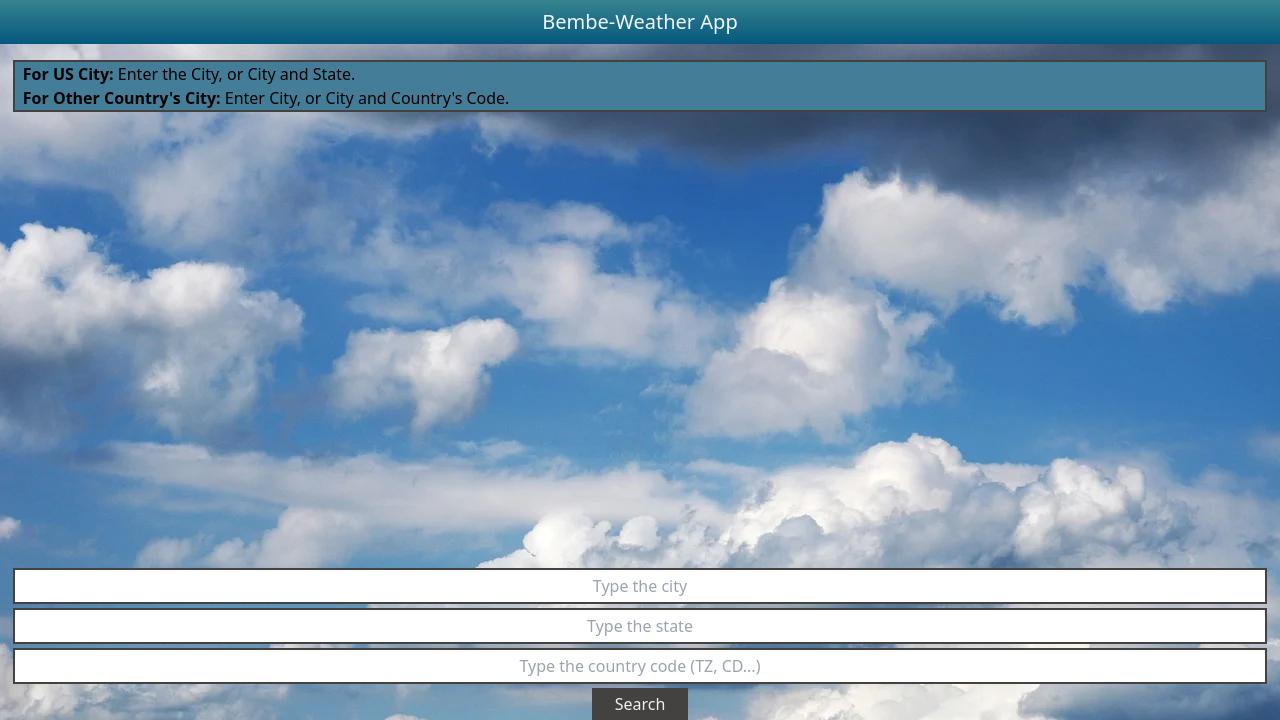
Repository: ShindanoSingi/bembe-weather
Page: /
These files come from the project's save history. The page is drawn as it stood at one moment and after a run of saves; the edit follows.
The browser window is 1280 px wide. The pictures show the whole page.
The page's requests for data from a server got no answer. The project was rebuilt for these pictures with package versions that can differ from the ones it lists, and the page was loaded fresh each time. No one was signed in, and anything a server would have sent is missing.

Above is the page before, as saved 2022-09-16 00:51:19.

### public/index.html
<!DOCTYPE html>
<html lang="en">

<head>
  <meta charset="utf-8" />
  <link rel="icon" href="%PUBLIC_URL%/favicon.ico" />
  <meta name="viewport" content="width=device-width, initial-scale=1" />
  <meta name="theme-color" content="#000000" />
  <meta name="description" content="Web site created using create-react-app" />
  <link rel="apple-touch-icon" href="%PUBLIC_URL%/logo192.png" />
  <!--
      manifest.json provides metadata used when your web app is installed on a
      user's mobile device or desktop. See https://developers.google.com/web/fundamentals/web-app-manifest/
    -->
  <link rel="manifest" href="%PUBLIC_URL%/manifest.json" />
  <!--
      Notice the use of %PUBLIC_URL% in the tags above.
      It will be replaced with the URL of the `public` folder during the build.
      Only files inside the `public` folder can be referenced from the HTML.

      Unlike "/favicon.ico" or "favicon.ico", "%PUBLIC_URL%/favicon.ico" will
      work correctly both with client-side routing and a non-root public URL.
      Learn how to configure a non-root public URL by running `npm run build`.
    -->
  <title>React Weather</title>
</head>

<body>
  <noscript>You need to enable JavaScript to run this app.</noscript>
  <div id="root"></div>
  <!--
      This HTML file is a template.
      If you open it directly in the browser, you will see an empty page.

      You can add webfonts, meta tags, or analytics to this file.
      The build step will place the bundled scripts into the <body> tag.

      To begin the development, run `npm start` or `yarn start`.
      To create a production bundle, use `npm run build` or `yarn build`.
    -->
</body>

</html>

### src/App.js
import React, { useState, useEffect } from "react"
import "./App.css"
import WeatherPage from "./components/weatherPage"
import SearchForm from "./components/SearchForm"

function App() {
  // Initialize variables using "useSates"
  const [weatherData, setWeatherData] = useState([])

  const [city, setCity] = useState("")
  const [state, setState] = useState("")
  const [country, setCountry] = useState("")

  // These hold values a little bit longer
  const [cityDisplayed, setCityDisplayed] = useState("")
  const [stateDisplayed, setStateDisplayed] = useState("")
  const [countryDisplayed, setCountryDisplayed] = useState("")

  // Create an object that will hold keys to be used in the fetch fnctions.
  const searchLatLon = {
    key: process.env.REACT_APP_GIPHY_KEY,
    cityName: city,
    stateCode: "",
    country: "",
    limit: 1,
    api: "https://api.openweathermap.org/geo/1.0/direct?q=",
  }

  let searchOptions = {
    key: process.env.REACT_APP_GIPHY_KEY,
    api: "https://api.openweathermap.org/data/2.5/onecall?",
  }

  // Create handleChange function to capture input value for city from the form.
  function handleChangeCity(event) {
    setCity(event.target.value)
  }

  // Create handleChange function to capture input value for city from the form.
  function handleChangeState(event) {
    setState(event.target.value)
  }

  // Create handleChange function to capture input value for country from the form.
  function handleChangeCountry(event) {
    setCountry(event.target.value)
  }

  // Create a handleSubmit function to send the input value to the getLatLon function.
  function handleSubmit(event) {
    event.preventDefault()
    getLatLon(city, state, country)
    setCity("")
    setState("")
    setCountry("")
  }

  // useEffect function
  useEffect(() => {
    getLatLon()
    setCity("")
    setState("")
    setCountry("")
    // eslint-disable-next-line
  }, [])

  // This function below takes two parameters: city and country's code, and spits latitude and longitude out. Then, the next fetch takes the lat and lon, and spits eather data for eight days.

  function getLatLon(city, state, country) {
    fetch(
      `${searchLatLon.api}${city},${state},${country}&limit=${searchLatLon.limit}&appid=${searchLatLon.key}`
    )
      .then((result) => result.json())
      .then((data) => {
        // console.log(data[0])
        if (data[0]) {
          fetch(
            `${searchOptions.api}lat=${data[0].lat}&lon=${data[0].lon}&exclude=minutely,hourly&appid=${searchOptions.key}&units=imperial`
          )
            .then((result) => result.json())
            .then((result) => {
              setCityDisplayed(data[0].name)
              setStateDisplayed(data[0].state)
              setCountryDisplayed(data[0].country)
              setWeatherData(result)
            })
        }
      })
  }

  return (

    <div className="bg-[url('../src/images/sky.webp')] bg-cover min-h-screen flex flex-col justify-between">
      {/* Weather data */}
      <WeatherPage
        weatherData={weatherData}
        city={cityDisplayed}
        state={stateDisplayed}
        country={countryDisplayed}
      />

      {/* Search form */}
      <SearchForm
        city={city}
        state={state}
        country={country}
        handleChangeCity={handleChangeCity}
        handleChangeState={handleChangeState}
        handleChangeCountry={handleChangeCountry}
        handleSubmit={handleSubmit}
      />
    </div>
  )
}

export default App

### src/App.css

/* iPhone 8 and smaller */
@media screen and (min-width: 480px) {

   .cityStateCountry {
    background-image: linear-gradient(rgb(55, 131, 143), rgb(5, 88, 126));
  }

  /* Bembe-weather App */
  h1 {
    color: aliceblue;
    background-image: linear-gradient(rgb(55, 131, 143), rgb(5, 88, 126));
  }

  /* Div container for the single page weather day*/
  div.singleDay {
    /* font-size: 1vw; */
    border-top: 1px solid green;
    background-color: rgb(191, 191, 191);
  }

  /* This is for today's box */
  .today1 {
    /* font-size: 14px; */
    border: 1px solid rgb(91, 158, 158);
    border-radius: 5px;
    background-image: linear-gradient(
      to bottom right,
      rgb(163, 131, 131),
      rgb(181, 181, 155)
    );
  }


  /* Indivdual temp */
  .maxTemp1 {
    color: black;
  }

  /* Indivdual temp */
  .minTemp1 {
    color: grey;
  }

  /* Tomorrow */
  .today2 {
    border: 1px solid rgb(91, 158, 158);
    border-radius: 5px;
    background-image: linear-gradient(
      to bottom right,
      rgb(97, 179, 171),
      rgb(181, 181, 155)
    );
  }

  /* The day after tomorrow */
  .today3 {
    border: 1px solid rgb(91, 158, 158);
    border-radius: 5px;
    background-image: linear-gradient(
      to bottom right,
      rgb(97, 179, 171),
      rgb(181, 181, 155)
    );
  }

  /* The following day */
  .today4 {
    border: 1px solid rgb(91, 158, 158);
    border-radius: 5px;
    background-image: linear-gradient(
      to bottom right,
      rgb(97, 179, 171),
      rgb(181, 181, 155)
    );
  }

  /* The last day */
  .today5 {
    border: 1px solid rgb(91, 158, 158);
    border-radius: 5px;
    background-image: linear-gradient(
      to bottom right,
      rgb(97, 179, 171),
      rgb(181, 181, 155)
    );
  }

  /* Indivdual temp */
  .maxTemp {
    color: black;
  }

  /* Indivdual temp */
  .minTemp {
    color: grey;
  }

  /* The state's name */
  .city {
    display: grey;
    /* justify-content: center; */
  }

  /* Div containing everything in the body */
  .weatherContainer {
    border: 1px solid rgb(91, 158, 158);
    background-color: rgba(14, 73, 112, 0.297);
  }

  /* City input box */
  .cityInput {
    border: 2px solid rgb(68, 65, 65);
  }

  /* Country input box */
  .countryInput {
    border: 2px solid rgb(68, 65, 65);
  }

  /* Submit button */
  .submitButton {
    color: rgb(244, 238, 238);
    background-color: rgb(68, 65, 65);
  }

  .message {
    background-color: rgb(68, 125, 152);
    border: 2px solid rgb(68, 65, 65);
  }
}


/* iPhone 8 and smaller */
@media screen and (max-width: 428px) {
  h1 {
    color: aliceblue;
    background-image: linear-gradient(rgb(55, 131, 143), rgb(5, 88, 126));
  }

  /* This is for today's box */
  .today1 {
    border: 1px solid rgb(91, 158, 158);
    border-radius: 5px;
    background-image: linear-gradient(
      to bottom right,
      rgb(163, 131, 131),
      rgb(181, 181, 155)
    );
  }

  /* Indivdual temp */
  .maxTemp1 {
    color: black;
  }

  /* Indivdual temp */
  .minTemp1 {
    color: grey;
  }

  /* Tomorrow */
  .today2 {
    border: 1px solid rgb(91, 158, 158);
    border-radius: 5px;
    background-image: linear-gradient(
      to bottom right,
      rgb(97, 179, 171),
      rgb(181, 181, 155)
    );
  }

  /* The day after tomorrow */
  .today3 {
    border: 1px solid rgb(91, 158, 158);
    border-radius: 5px;
    background-image: linear-gradient(
      to bottom right,
      rgb(97, 179, 171),
      rgb(181, 181, 155)
    );
  }

  /* The following day */
  .today4 {
    border: 1px solid rgb(91, 158, 158);
    border-radius: 5px;
    background-image: linear-gradient(
      to bottom right,
      rgb(97, 179, 171),
      rgb(181, 181, 155)
    );
  }

  /* The last day */
  .today5 {
    border: 1px solid rgb(91, 158, 158);
    border-radius: 5px;
    background-image: linear-gradient(
      to bottom right,
      rgb(97, 179, 171),
      rgb(181, 181, 155)
    );
  }

  /* Indivdual temp */
  .maxTemp {
    color: black;
  }

  /* Indivdual temp */
  .minTemp {
    color: grey;
  }

  /* The state's name */
  .city {
    display: grey;
  }

  /* Div containing everything in the body */
  .weatherContainer {
    border: 1px solid rgb(91, 158, 158);
    border-radius: 5px;
    background-color: rgba(14, 73, 112, 0.297);
  }

  /* City input box */
  .cityInput {
    border: 2px solid rgb(68, 65, 65);
  }

  /* Country input box */
  .countryInput {
    border: 2px solid rgb(68, 65, 65);
  }

  /* Submit button */
  .submitButton {
    color: rgb(244, 238, 238);
    background-color: rgb(68, 65, 65);
  }

  .message {
    background-color: rgb(68, 125, 152);
    border: 2px solid rgb(68, 65, 65);
  }
}


/* iPhone 8 and smaller */
@media screen and (max-width: 414px) {
  h1 {
    color: aliceblue;
    padding: 5px;
    background-image: linear-gradient(rgb(55, 131, 143), rgb(5, 88, 126));
  }

  /* Div container for the single page weather day*/
  div.singleDay {
    border-top: 1px solid green;
    background-color: rgb(191, 191, 191);
  }

  .cityStateCountry {
    padding: 0.5rem;
    background-image: linear-gradient(rgb(55, 131, 143), rgb(5, 88, 126));
  }

  /* This is for today's box */
  .today1 {
    /* font-size: 14px; */
    border: 1px solid rgb(91, 158, 158);
    border-radius: 5px;
    background-image: linear-gradient(
      to bottom right,
      rgb(163, 131, 131),
      rgb(181, 181, 155)
    );
  }


  /* Indivdual temp */
  .maxTemp1 {
    color: black;
  }

  /* Indivdual temp */
  .minTemp1 {
    color: grey;
  }

  /* Tomorrow */
  .today2 {
    border: 1px solid rgb(91, 158, 158);
    border-radius: 5px;
    background-image: linear-gradient(
      to bottom right,
      rgb(97, 179, 171),
      rgb(181, 181, 155)
    );
  }

  /* The day after tomorrow */
  .today3 {
    border: 1px solid rgb(91, 158, 158);
    border-radius: 5px;
    background-image: linear-gradient(
      to bottom right,
      rgb(97, 179, 171),
      rgb(181, 181, 155)
    );
  }

  /* The following day */
  .today4 {
    border: 1px solid rgb(91, 158, 158);
    border-radius: 5px;
    background-image: linear-gradient(
      to bottom right,
      rgb(97, 179, 171),
      rgb(181, 181, 155)
    );
  }

  /* The last day */
  .today5 {
    border: 1px solid rgb(91, 158, 158);
    border-radius: 5px;
    background-image: linear-gradient(
      to bottom right,
      rgb(97, 179, 171),
      rgb(181, 181, 155)
    );
  }

  /* Indivdual temp */
  .maxTemp {
    color: black;
  }

  /* Indivdual temp */
  .minTemp {
    color: grey;
  }

  /* The state's name */
  .city {
    display: grey;
  }

  /* Div containing everything in the body */
  .weatherContainer {
    border: 1px solid rgb(91, 158, 158);
    border-radius: 5px;
    background-color: rgba(14, 73, 112, 0.297);
  }

  /* City input box */
  .cityInput {
    border: 2px solid rgb(68, 65, 65);
  }

  /* Country input box */
  .countryInput {
    border: 2px solid rgb(68, 65, 65);
  }

  /* Submit button */
  .submitButton {
    color: rgb(244, 238, 238);
    background-color: rgb(68, 65, 65);
  }

  .message {
    background-color: rgb(68, 125, 152);
    border: 2px solid rgb(68, 65, 65);
  }
}

/* iPhone 8 and smaller */
@media screen and (max-width: 390px) {
  h1 {
    color: aliceblue;
    background-image: linear-gradient(rgb(55, 131, 143), rgb(5, 88, 126));
  }

  /* Div container for the single page weather day*/
  div.singleDay {
    border-top: 1px solid green;
    background-color: rgb(191, 191, 191);
  }

  .cityStateCountry {
    background-image: linear-gradient(rgb(55, 131, 143), rgb(5, 88, 126));
  }

  /* This is for today's box */
  .today1 {
    border: 1px solid rgb(91, 158, 158);
    border-radius: 5px;
    background-image: linear-gradient(
      to bottom right,
      rgb(163, 131, 131),
      rgb(181, 181, 155)
    );
  }

  /* Indivdual temp */
  .maxTemp1 {
    color: black;
  }

  /* Indivdual temp */
  .minTemp1 {
    color: grey;
  }

  /* Tomorrow */
  .today2 {
    border: 1px solid rgb(91, 158, 158);
    border-radius: 5px;
    background-image: linear-gradient(
      to bottom right,
      rgb(97, 179, 171),
      rgb(181, 181, 155)
    );
  }

  /* The day after tomorrow */
  .today3 {
    border: 1px solid rgb(91, 158, 158);
    border-radius: 5px;
    background-image: linear-gradient(
      to bottom right,
      rgb(97, 179, 171),
      rgb(181, 181, 155)
    );
  }

  /* The following day */
  .today4 {
    border: 1px solid rgb(91, 158, 158);
    border-radius: 5px;
    background-image: linear-gradient(
      to bottom right,
      rgb(97, 179, 171),
      rgb(181, 181, 155)
    );
  }

  /* The last day */
  .today5 {
    border: 1px solid rgb(91, 158, 158);
    border-radius: 5px;
    background-image: linear-gradient(
      to bottom right,
      rgb(97, 179, 171),
      rgb(181, 181, 155)
    );
  }

  /* Indivdual temp */
  .maxTemp {
    color: black;
  }

  /* Indivdual temp */
  .minTemp {
    color: grey;
  }

  /* The state's name */
  .city {
    display: grey;
  }

  /* Div containing everything in the body */
  .weatherContainer {
    border: 1px solid rgb(91, 158, 158);
    background-color: rgba(14, 73, 112, 0.297);
  }

  /* City input box */
  .cityInput {
    border: 2px solid rgb(68, 65, 65);
  }

  /* Country input box */
  .countryInput {
    border: 2px solid rgb(68, 65, 65);
  }

  /* Submit button */
  .submitButton {
    color: rgb(244, 238, 238);
    background-color: rgb(68, 65, 65);
  }

  .message {
    background-color: rgb(68, 125, 152);
    border: 2px solid rgb(68, 65, 65);
  }
}

/* iPhone 8 and smaller */
@media screen and (max-width: 375px) {
  h1 {
    color: aliceblue;
    background-image: linear-gradient(rgb(55, 131, 143), rgb(5, 88, 126));
  }

  /* Div container for the single page weather day*/
  div.singleDay {
    border-top: 1px solid green;
    background-color: rgb(191, 191, 191);
  }

  .cityStateCountry {
    background-image: linear-gradient(rgb(55, 131, 143), rgb(5, 88, 126));
  }

  /* This is for today's box */
  .today1 {
    border: 1px solid rgb(91, 158, 158);
    border-radius: 5px;
    background-image: linear-gradient(
      to bottom right,
      rgb(163, 131, 131),
      rgb(181, 181, 155)
    );
  }

  /* Indivdual temp */
  .maxTemp1 {
    color: black;
  }

  /* Indivdual temp */
  .minTemp1 {
    color: grey;
  }

  /* Tomorrow */
  .today2 {
    border: 1px solid rgb(91, 158, 158);
    border-radius: 5px;
    background-image: linear-gradient(
      to bottom right,
      rgb(97, 179, 171),
      rgb(181, 181, 155)
    );
  }

  /* The day after tomorrow */
  .today3 {
    border: 1px solid rgb(91, 158, 158);
    border-radius: 5px;
    background-image: linear-gradient(
      to bottom right,
      rgb(97, 179, 171),
      rgb(181, 181, 155)
    );
  }

  /* The following day */
  .today4 {
    border: 1px solid rgb(91, 158, 158);
    border-radius: 5px;
    background-image: linear-gradient(
      to bottom right,
      rgb(97, 179, 171),
      rgb(181, 181, 155)
    );
  }

  /* The last day */
  .today5 {
    border: 1px solid rgb(91, 158, 158);
    border-radius: 5px;
    background-image: linear-gradient(
      to bottom right,
      rgb(97, 179, 171),
      rgb(181, 181, 155)
    );
  }

  /* Indivdual temp */
  .maxTemp {
    color: black;
  }

  /* Indivdual temp */
  .minTemp {
    color: grey;
  }

  /* The state's name */
  .city {
    display: grey;
  }

  /* Div containing everything in the body */
  .weatherContainer {
    border: 1px solid rgb(91, 158, 158);
    background-color: rgba(14, 73, 112, 0.297);
  }

  /* City input box */
  .cityInput {
    border: 2px solid rgb(68, 65, 65);
  }

  /* Country input box */
  .countryInput {
    border: 2px solid rgb(68, 65, 65);
  }

  /* Submit button */
  .submitButton {
    color: rgb(244, 238, 238);
    background-color: rgb(68, 65, 65);
  }

  .message {
    background-color: rgb(68, 125, 152);
    border: 2px solid rgb(68, 65, 65);
  }
}

### src/components/SearchForm.js
import React from "react";

const SearchForm = ({
  city,
  state,
  country,
  handleSubmit,
  handleChangeCity,
  handleChangeState,
  handleChangeCountry,
}) => {
  return (
    <div className="mx-1 md:mb-4 xl:mb-6 lg:mb-8">
      <form className="gap-4 form-container" onSubmit={handleSubmit} d-flex>
        <div className="flex flex-col items-center gap-1 xl:flex xl:flex-col xl:gap-6 lg:flex lg:flex-col lg:gap-2 form-container">
          <div className="flex flex-col gap-1 xl:flex xl:flex-col xl:gap-6 lg:flex lg:flex-col lg:gap-2 md:flex md:flex-col md:gap-2">
          <input
          className="px-3 xl:text-3xl xl:rounded-lg xl:w-[80vw] xl:py-2 py-1 w-[98vw] lg:p-2 lg:rounded-md lg:text-3xl lg:w-[80vw] md:text-3xl md:w-[70vw] md:rounded-md text-center md:p-2 cityInput"
          placeholder="Type the city"
          type="text"
          name="SearchString"
          onChange={handleChangeCity}
          value={city}
          required
        />

        {/* Country input */}
        <input
          className="px-3 md:text-3xl xl:rounded-lg lg:p-2 xl:text-3xl xl:w-[80vw] xl:py-2 lg:rounded-md lg:text-3xl lg:w-[80vw] md:w-[70vw] md:rounded-md text-center md:p-2 py-1 countryInput"
          placeholder="Type the state"
          type="text"
          name="SearchString"
          onChange={handleChangeState}
          value={state}
        />

        {/* Country input */}
        <input
          className="px-3 md:text-3xl xl:rounded-lg lg:p-2 xl:text-3xl xl:w-[80vw] xl:py-2 lg:rounded-md lg:text-3xl lg:w-[80vw] md:w-[70vw] md:rounded-md text-center md:p-2 py-1 countryInput"
          placeholder="Type the country code (TZ, CD...)"
          type="text"
          name="SearchString"
          onChange={handleChangeCountry}
          value={country}
        />
          </div>
          <button className="w-24 p-1 py-1 text-center xl:rounded-lg xl:text-3xl xl:w-52 xl:py-2 lg:p-2 lg:rounded-md lg:text-3xl lg:w-48 hover:bg-teal-600 md:w-48 md:text-3xl md:rounded-md md:p-2 submitButton" type="submit">
          Search
        </button>
        </div>
      </form>
    </div>
  );
};

export default SearchForm;

### tailwind.config.js
/** @type {import('tailwindcss').Config} */
module.exports = {
  content: ["./src/**/*.{js,jsx,ts,tsx}"],
  theme: {
    screens: {
      'xs': {'min': '300px', 'max': '320px'},
      // => @media (min-width: 300px and max-width: 375px) { ... }

      'sm': {'min': '640px', 'max': '767px'},
      // => @media (min-width: 640px and max-width: 767px) { ... }

      'md': {'min': '768px', 'max': '799px'},
      // => @media (min-width: 768px and max-width: 819px) { ... }

      'lg': {'min': '800px', 'max': '1023px'},
      // => @media (min-width: 768px and max-width: 1023px) { ... }

      'xl': {'min': '1024px', 'max': '1279px'},
      // => @media (min-width: 1024px and max-width: 1279px) { ... }

      '3xl': {'min': '1280px', 'max': '1535px'},
      // => @media (min-width: 1280px and max-width: 1535px) { ... }

      '3xl': {'min': '1536px'},
      // => @media (min-width: 1536px) { ... }
    },
    extend: {},
  },
  plugins: [],
}

Loaded but not shown: src/index.js (common file); src/index.css (common file); src/components/weatherPage.js (264 lines, source omitted)

After the next 2 saves:
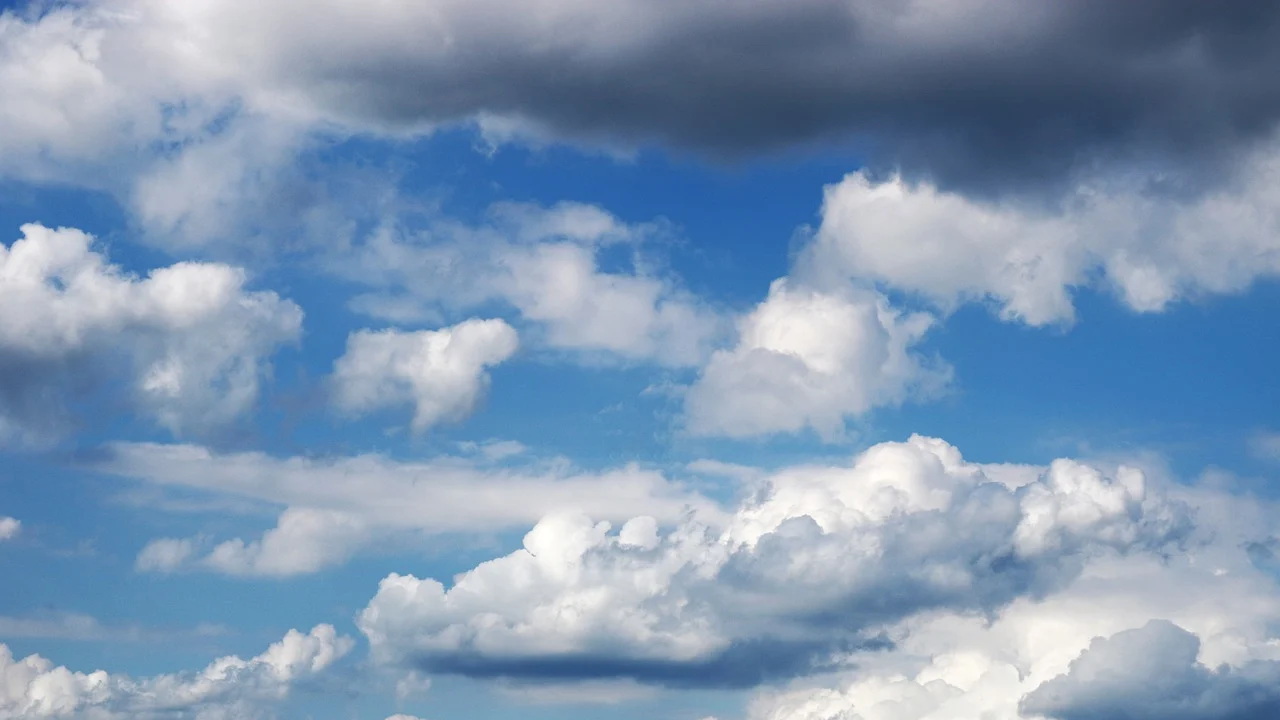
The 2 saves are shown as one change because they came seconds apart.
The last was saved 5 min 15 s later.
--- a/src/App.js
+++ b/src/App.js
@@ -91,24 +91,7 @@
   return (
 
     <div className="bg-[url('../src/images/sky.webp')] bg-cover min-h-screen flex flex-col justify-between">
-      {/* Weather data */}
-      <WeatherPage
-        weatherData={weatherData}
-        city={cityDisplayed}
-        state={stateDisplayed}
-        country={countryDisplayed}
-      />
 
-      {/* Search form */}
-      <SearchForm
-        city={city}
-        state={state}
-        country={country}
-        handleChangeCity={handleChangeCity}
-        handleChangeState={handleChangeState}
-        handleChangeCountry={handleChangeCountry}
-        handleSubmit={handleSubmit}
-      />
     </div>
   )
 }

After the save that followed:
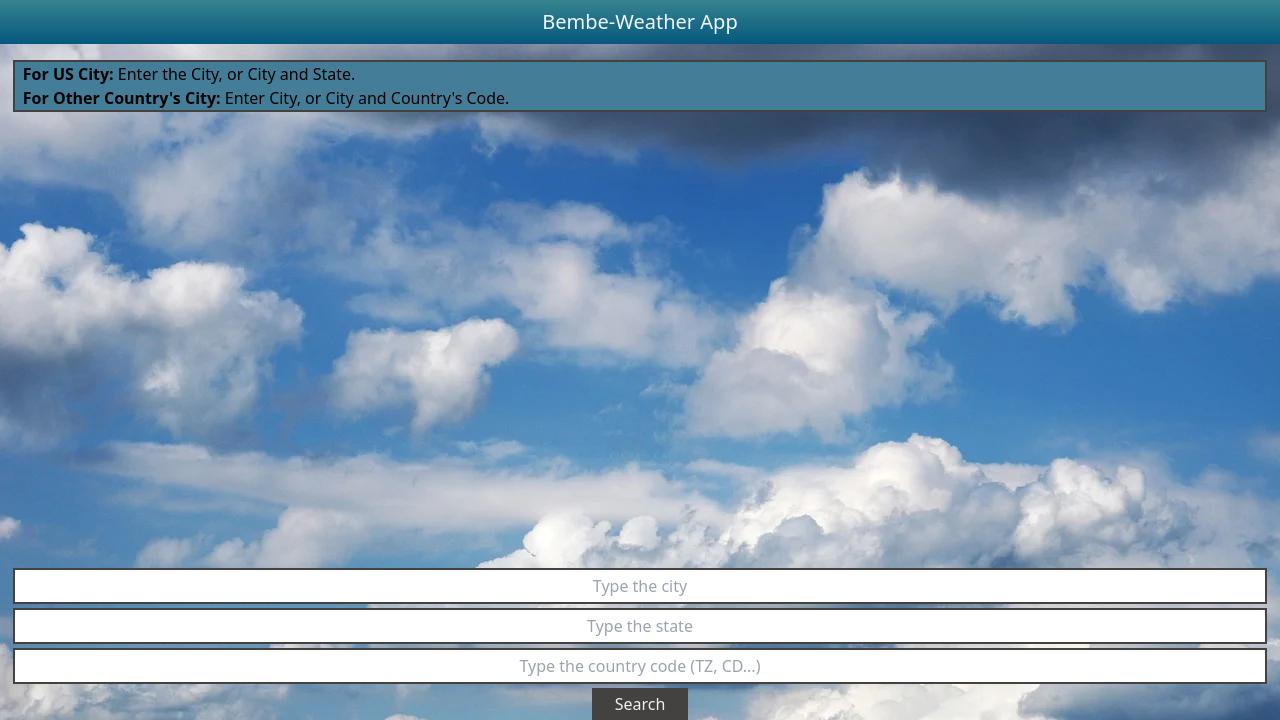
Saved 12 min 24 s later.
--- a/src/App.js
+++ b/src/App.js
@@ -91,7 +91,24 @@
   return (
 
     <div className="bg-[url('../src/images/sky.webp')] bg-cover min-h-screen flex flex-col justify-between">
+      {/* Weather data */}
+      <WeatherPage
+        weatherData={weatherData}
+        city={cityDisplayed}
+        state={stateDisplayed}
+        country={countryDisplayed}
+      />
 
+      {/* Search form */}
+      <SearchForm
+        city={city}
+        state={state}
+        country={country}
+        handleChangeCity={handleChangeCity}
+        handleChangeState={handleChangeState}
+        handleChangeCountry={handleChangeCountry}
+        handleSubmit={handleSubmit}
+      />
     </div>
   )
 }
